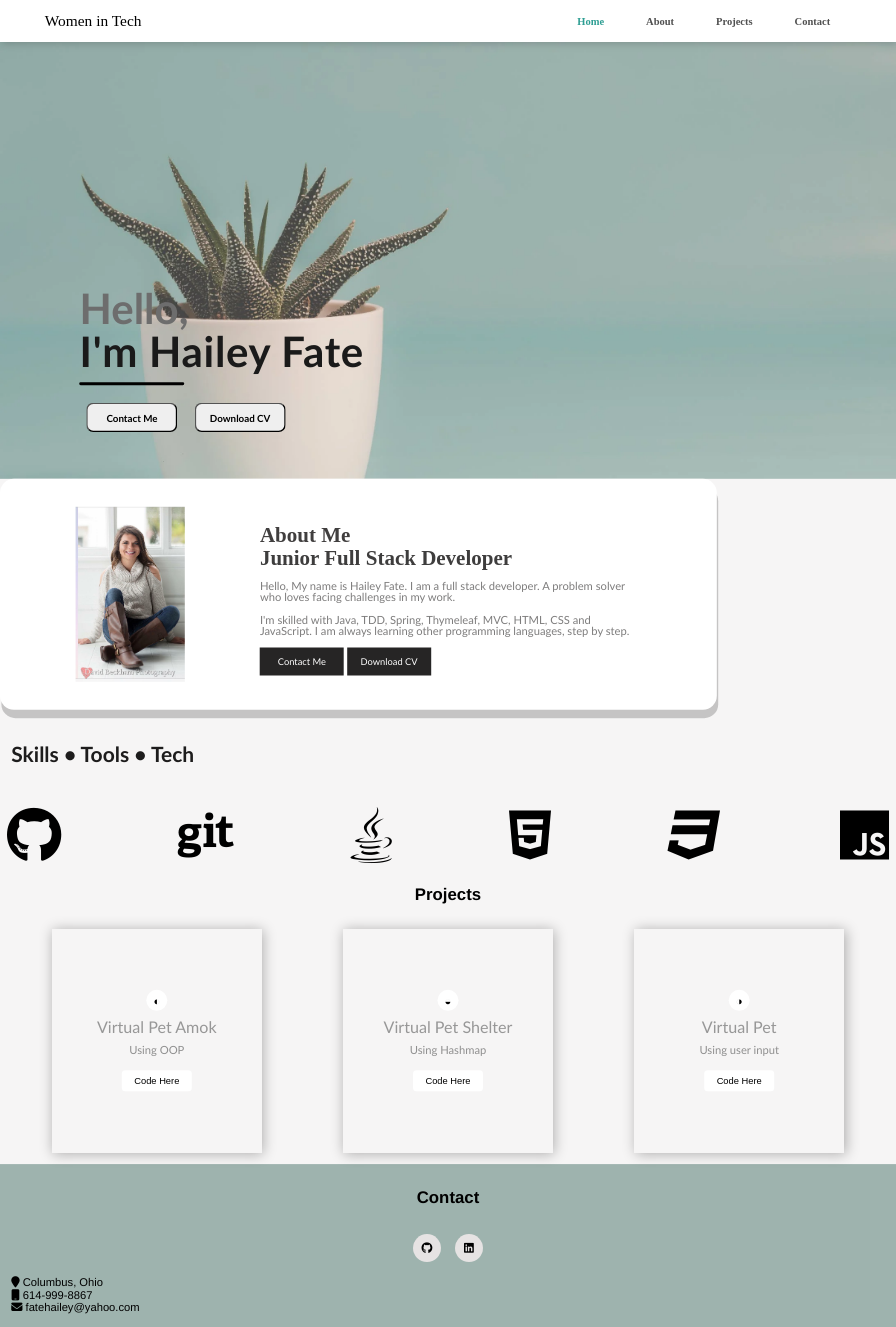
Repository: fatehailey/fatehailey.github.io
Page: index.html
These files come from the project's save history. The page is drawn as it stood at one moment and after a run of saves; the edit follows.
The browser window is 1280 px wide. The pictures show the whole page, at 70% of full size.
Some web libraries are served in a nearby version.

Above is the page before, as saved 2022-07-25 15:22:24.

After the next 2 saves:
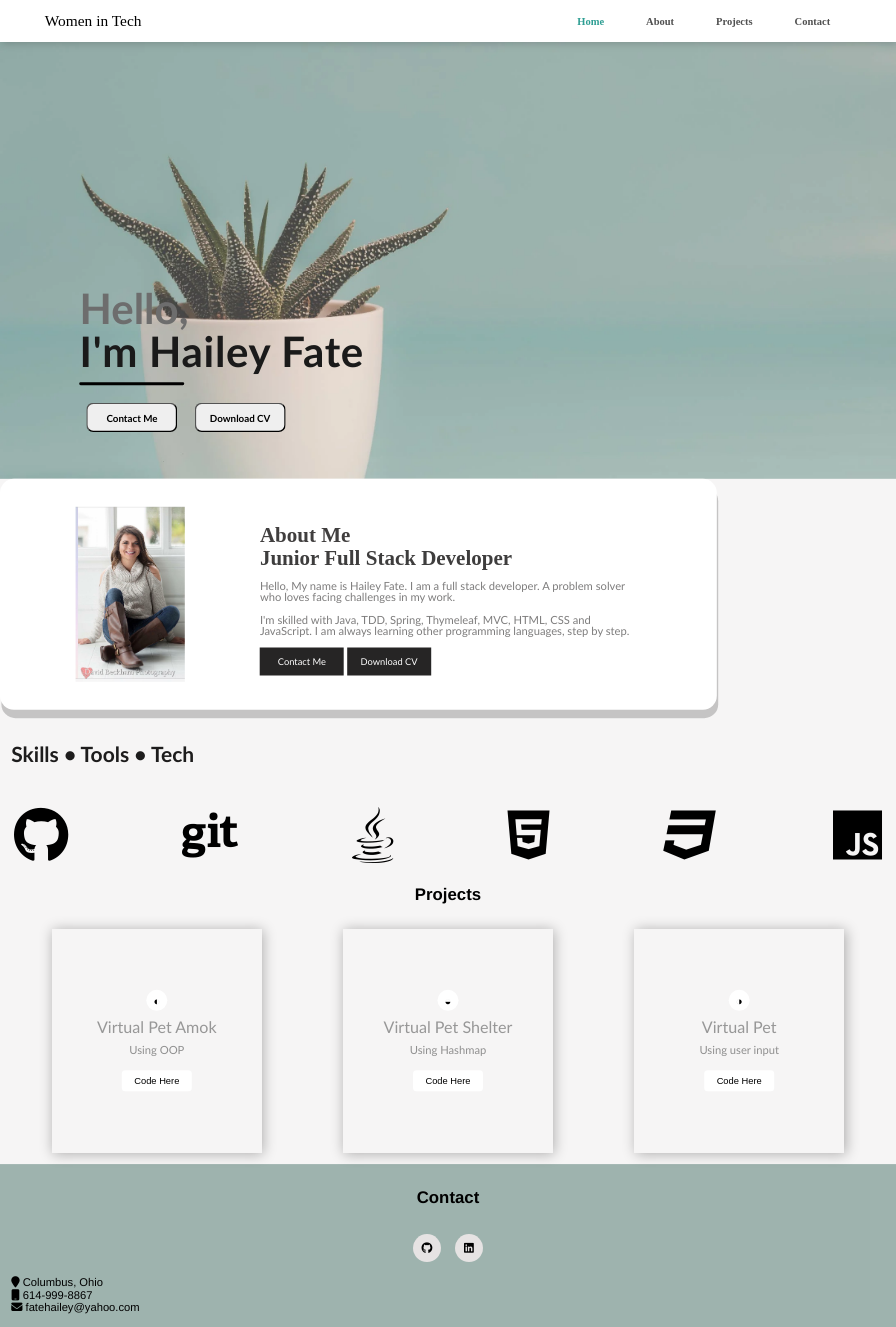
The 2 saves are shown as one change because they came seconds apart.
The last was saved 10 s later.
--- a/style.css
+++ b/style.css
@@ -174,7 +174,7 @@
 .column
 {
     flex: 50%;
-    padding: 15px 10px 10px;
+    padding: 15px 20px 10px;
     justify-content: space-between;
     display: flex;
     flex-flow: row wrap;
